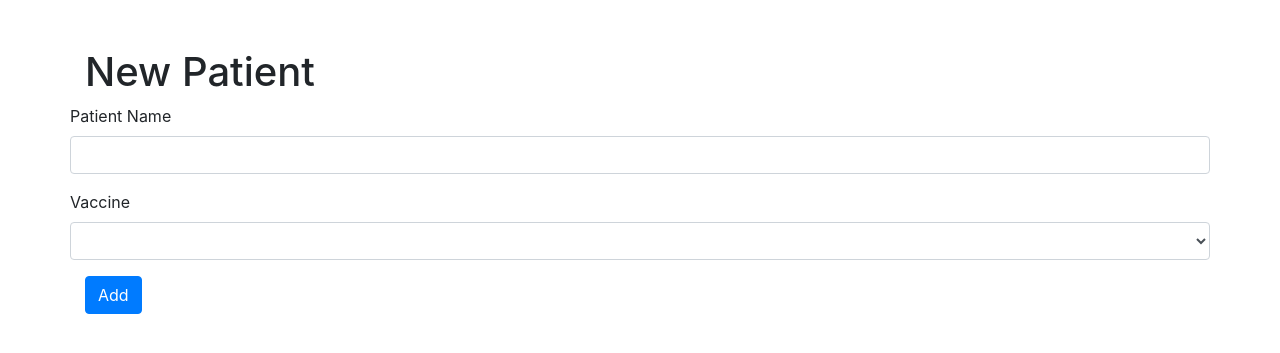
Repository: Thangtran1100/School-Stuff
Page: http://localhost/homework2/AddPatient
The author's editor kept a copy of each file at every save. The page is drawn from the files as they stood at one save, then again after the next save.
The browser window is 1280 px wide. The pictures show the whole page.
The page is served by Tomcat 9. Other server files are loaded and not shown.

Above is the page before, as saved 2023-03-31 17:30:41.

### Spring 2023/CS3220/Assignments/3220-hw2-App/homework2/src/main/webapp/AddPatient.jsp
<%@ page language="java" contentType="text/html; charset=UTF-8"
    pageEncoding="UTF-8"%>
<%@ taglib prefix="c" uri="http://java.sun.com/jsp/jstl/core"%>
<!DOCTYPE html>
<html>
<head>
    <meta charset="UTF-8">
    <title>New Patient</title>
    <link rel="stylesheet"
          href="https://stackpath.bootstrapcdn.com/bootstrap/4.0.0/css/bootstrap.min.css"
          integrity="sha384-Gn5384xqQ1aoWXA+058RXPxPg6fy4IWvTNh0E263XmFcJlSAwiGgFAW/dAiS6JXm"
          crossorigin="anonymous">
</head>
<body>
    <div class="container mt-5">
        <h1>New Patient</h1>
        <form action="AddPatient" method="post">

            <div class="form-group row">
                <label for="patient">Patient Name</label>
                <input type="text" class="form-control" name="patient" id="patient">
            </div>

            <div class="form-group row">
                <label for="vaccine">Vaccine</label>
                <select class="form-control" id="vaccine" name="vaccine">
                    <c:forEach items="${patients}" var="entry">
                        <option value="${entry.vaccine.vaccineName}">${entry.vaccine.vaccineName}</option>
                    </c:forEach>
                </select>
            </div>

            <button type="submit" class="btn btn-primary">Add</button>
        </form>
    </div>
</body>
</html>

### Spring 2023/CS3220/Assignments/3220-hw2-App/homework2/src/main/java/homework2/servlet/AddPatient.java
package homework2.servlet;

import java.io.IOException;
import java.time.LocalDate;
import java.util.List;

import javax.servlet.ServletException;
import javax.servlet.annotation.WebServlet;
import javax.servlet.http.HttpServlet;
import javax.servlet.http.HttpServletRequest;
import javax.servlet.http.HttpServletResponse;

import model.Management;
import model.PatientEntry;
import model.VaccineEntry;
import model.VaccineType;
import utilities.ServletUtilities;

/**
 * Servlet implementation class AddPatient
 */
@WebServlet("/AddPatient")
public class AddPatient extends HttpServlet {
	private static final long serialVersionUID = 1L;

    /**
     * @see HttpServlet#HttpServlet()
     */
    public AddPatient() {
        super();
        // TODO Auto-generated constructor stub
    }

	/**
	 * @see HttpServlet#doGet(HttpServletRequest request, HttpServletResponse response)
	 */
	protected void doGet(HttpServletRequest request, HttpServletResponse response) throws ServletException, IOException {
		// TODO Auto-generated method stub


        request.getRequestDispatcher("AddPatient.jsp").forward(request, response);
	}

	/**
	 * @see HttpServlet#doPost(HttpServletRequest request, HttpServletResponse response)
	 */
	protected void doPost(HttpServletRequest request, HttpServletResponse response) throws ServletException, IOException {
		// TODO Auto-generated method stub
		String patientName = request.getParameter( "patient" );
        String vaccineName = request.getParameter( "vaccine" );

        List<PatientEntry> patientEntries = ServletUtilities.getPatientEntresFromServletContext(getServletContext());


        //VaccineType vaccineType = new VaccineType(vaccineEntry.getVaccine().getVaccineName(), vaccineEntry.getVaccine().getDaysBetweenDose(), vaccineEntry.getVaccine().getDoseRequired());

        patientEntries.add( new PatientEntry(patientName, vaccineName, LocalDate.now().toString(), ""));

//        if (vaccineType != null && vaccineType.getTotalDoseLeft() > 0) {
//	        VaccineType vaccine = new VaccineType(vaccineType.getVaccine().getVaccineName(), vaccineType.getVaccine().getDaysBetweenDose(), vaccineType.getVaccine().getDoseRequired());
//	    	patientEntries.add( new PatientEntry(patientName, vaccine, LocalDate.now().toString(), ""));
//        }

//        if (vaccineType != null && vaccineType.getTotalDoseLeft() > 0) {
//        	VaccineType vaccine = new VaccineType(vaccineType.getVaccine().getVaccineName(), vaccineType.getVaccine().getDaysBetweenDose(), vaccineType.getVaccine().getDoseRequired());
//        	patientEntries.add( new PatientEntry(patientName, vaccine, LocalDate.now().toString(), ""));
//            PatientEntry patient = new PatientEntry(patientName, vaccineName, LocalDate.now().toString(), "");
//            vaccineType.setTotalDoseLeft(String.valueOf(vaccineType.getTotalDoseLeft() - 1));
//            vaccineManage.addVaccine(vaccineType);
//            vaccineManage.addPatient(patient);
//        }

        getServletContext().setAttribute("patientEntries", patientEntries);

        response.sendRedirect( "ListPatient" );
	}

}

After the next save:
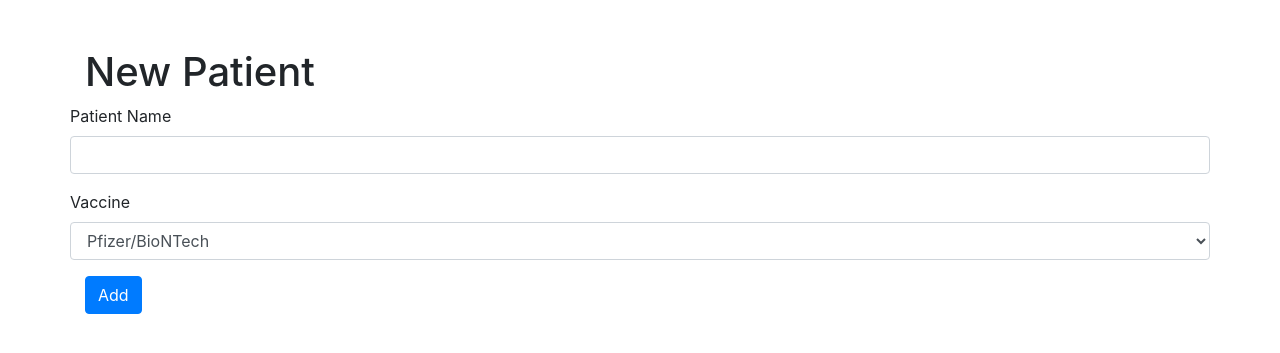
Saved 113 s later.
--- a/Spring 2023/CS3220/Assignments/3220-hw2-App/homework2/src/main/webapp/AddPatient.jsp
+++ b/Spring 2023/CS3220/Assignments/3220-hw2-App/homework2/src/main/webapp/AddPatient.jsp
@@ -24,7 +24,7 @@
             <div class="form-group row">
                 <label for="vaccine">Vaccine</label>
                 <select class="form-control" id="vaccine" name="vaccine">
-                    <c:forEach items="${patients}" var="entry">
+                    <c:forEach items="${entries}" var="entry">
                         <option value="${entry.vaccine.vaccineName}">${entry.vaccine.vaccineName}</option>
                     </c:forEach>
                 </select>
